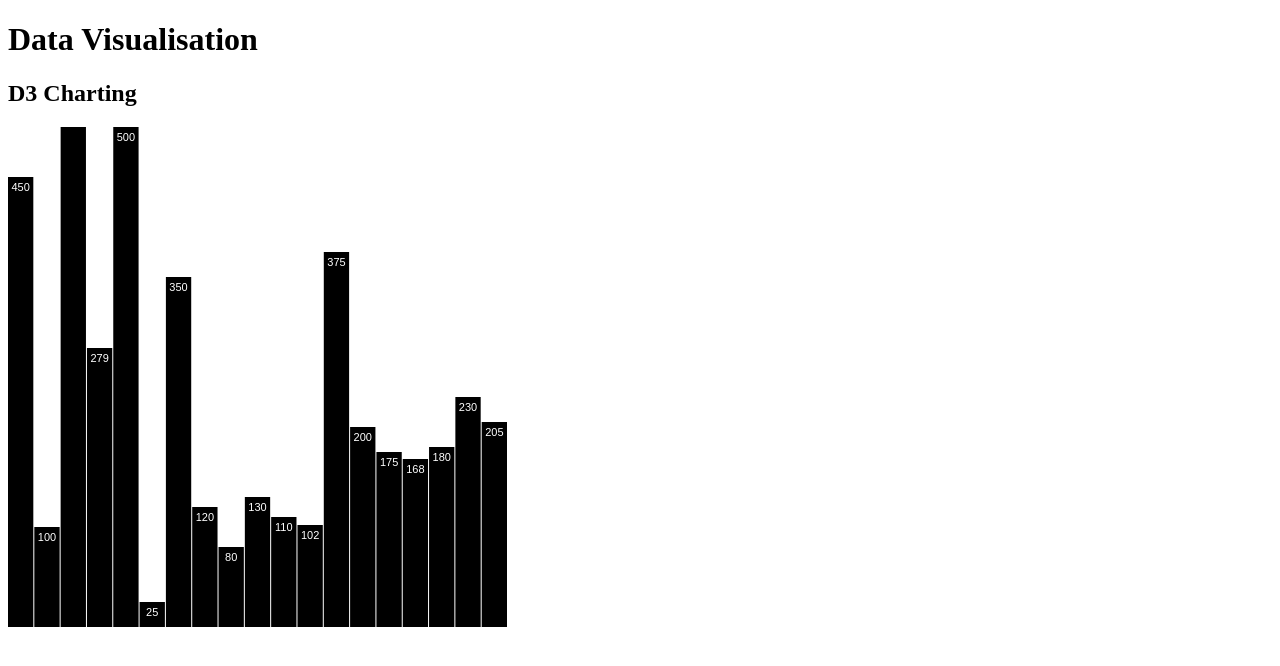
Repository: nitr-am/d3.js-svj
Page: d3_charting.html
The author's editor kept a record of every edit. The page is drawn from the files as they stood at one moment, then again after the next edit.
The browser window is 1280 px wide. The pictures show the whole page.
Some web libraries are served in a nearby version.

Above is the page before.

After the next edit:
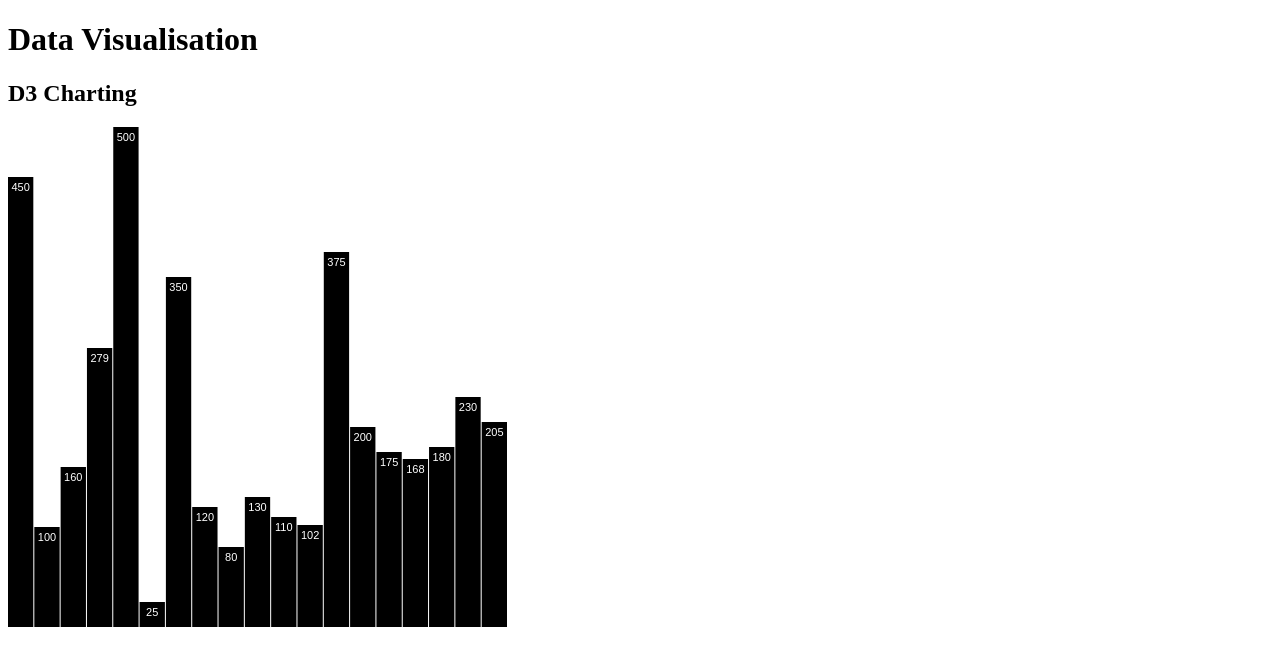
The edit:
--- a/d3_charting.html
+++ b/d3_charting.html
@@ -23,7 +23,7 @@
         var h = 500; // Height of chart container
         var barPadding = 1;
         var dataset = [
-            450, 100, 600, 279, 500, 25, 350, 120, 80, 130,
+            450, 100, 160, 279, 500, 25, 350, 120, 80, 130,
             110, 102, 375, 200, 175, 168, 180, 230, 205,
         ];
 
